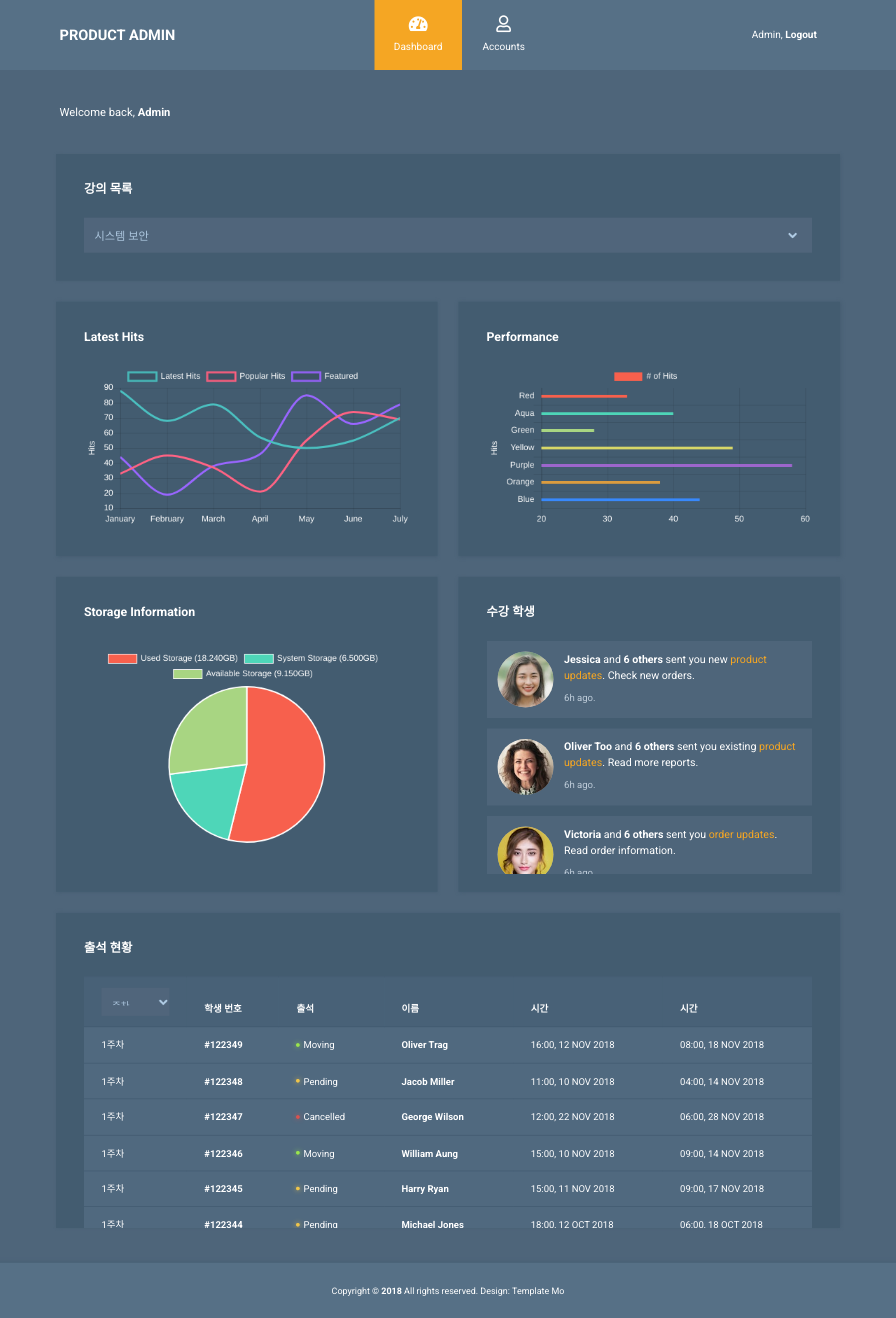
Repository: YJ-S2/2019-FaceAPI
Page: test1-master/web/123/WebContent/web1.html
An editor plug-in stored every save of this project. The page is shown before and after the next save, followed by the edit.
The browser window is 1280 px wide. The pictures show the whole page, at 70% of full size.
An inner scrolling area shows only its first screen.

Above is the page before, as saved 2019-08-07 04:32:59.

After the next save:
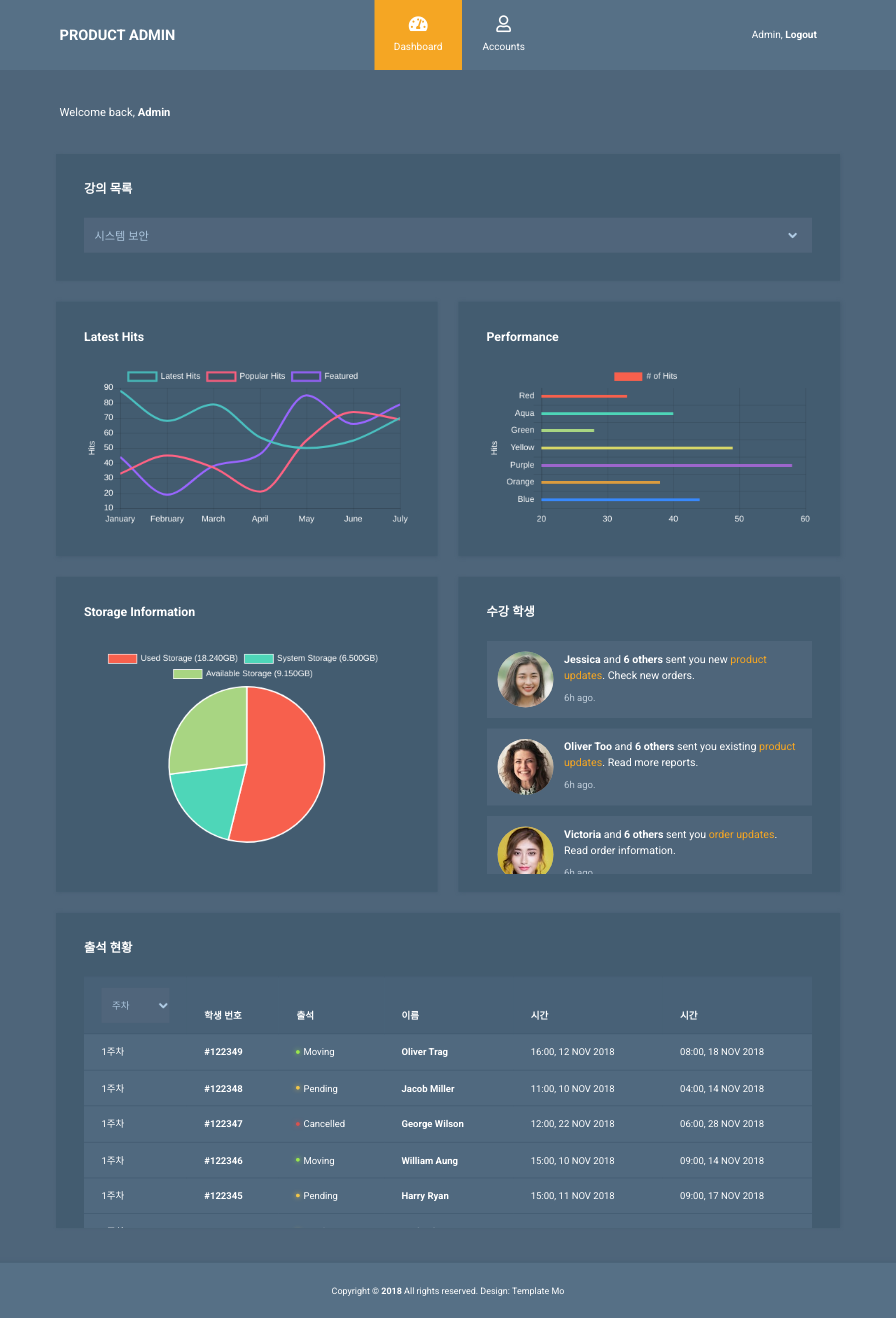
Saved 22 s later.
--- a/test1-master/web/123/WebContent/web1.html
+++ b/test1-master/web/123/WebContent/web1.html
@@ -19,7 +19,7 @@
 	-->
 	<style>
 	.h20{
-		height:40px;
+		height:50px;
 	}
 	</style>
 </head>
